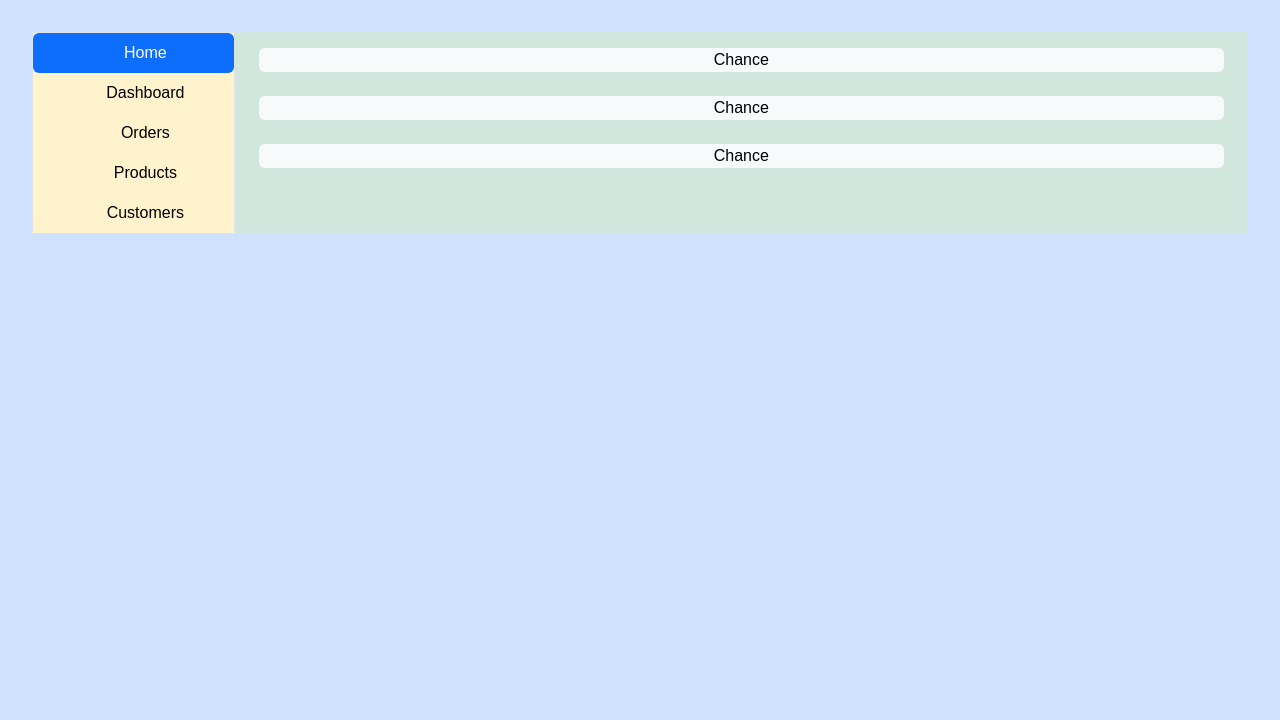
Repository: chancellor-w-whitaker/bec-tab
Page: /
An editor plug-in stored every save of this project. The page is shown before and after the next save, followed by the edit.
The browser window is 1280 px wide. The pictures show the whole page.
Some web fonts or font styles are not loaded; a fallback is used. The project was rebuilt for these pictures with package versions that can differ from the ones it lists, and the page was loaded fresh each time. Also part of the build but not shown: vite.config.js.

Above is the page before, as saved 2024-01-07 01:01:26.

After the next save:
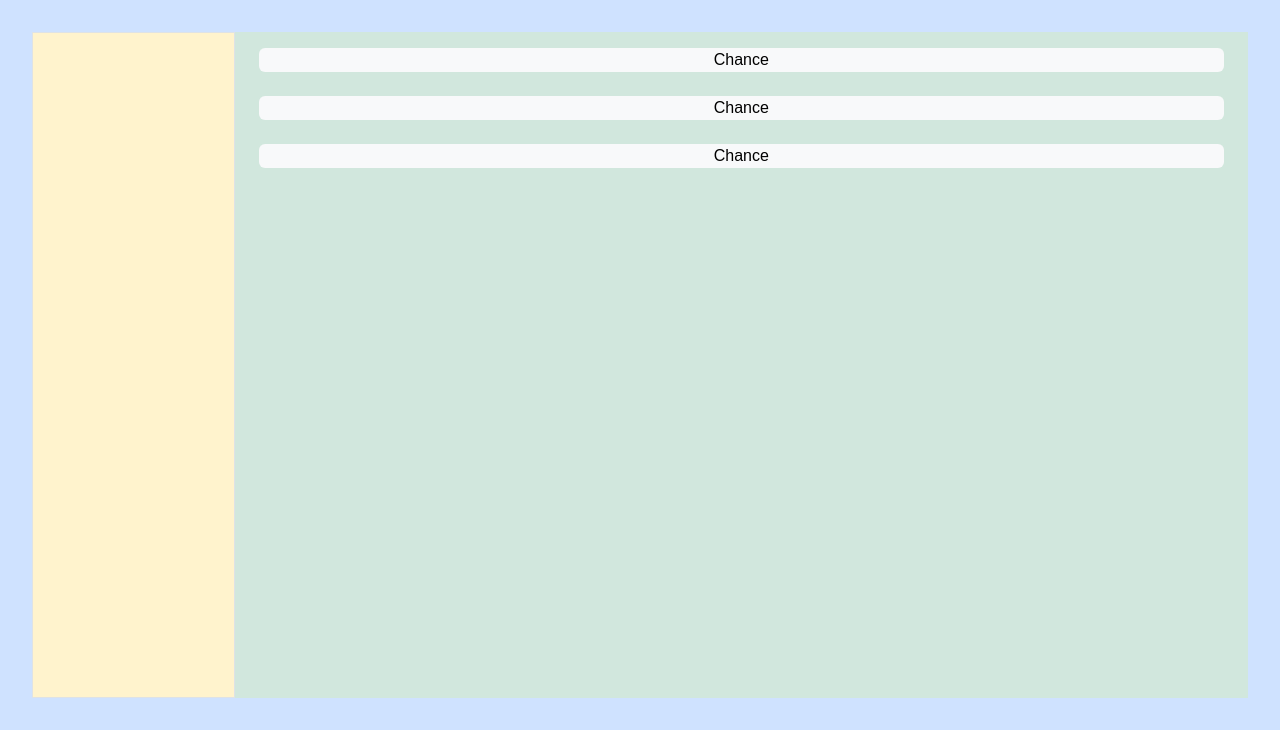
Saved 4 s later.
--- a/src/App.jsx
+++ b/src/App.jsx
@@ -70,45 +70,37 @@ const App = () => {
     <div className="container-fluid">
       <div className="row">
         <div className="sidebar border border-right col-md-3 col-lg-2 p-0 bg-warning-subtle">
-          <ul className="nav nav-pills flex-column mb-auto">
+          <ul className="nav flex-column mb-auto">
             <li className="nav-item">
-              <a className="nav-link active" aria-current="page" href="#">
-                <svg className="bi pe-none me-2" height={16} width={16}>
-                  <use xlinkHref="#home" />
+              <a className="nav-link d-flex align-items-center gap-2" href="#">
+                <svg className="bi">
+                  <use xlinkHref="#file-earmark-text" />
                 </svg>
-                Home
+                Current month
               </a>
             </li>
-            <li>
-              <a className="nav-link link-body-emphasis" href="#">
-                <svg className="bi pe-none me-2" height={16} width={16}>
-                  <use xlinkHref="#speedometer2" />
+            <li className="nav-item">
+              <a className="nav-link d-flex align-items-center gap-2" href="#">
+                <svg className="bi">
+                  <use xlinkHref="#file-earmark-text" />
                 </svg>
-                Dashboard
+                Last quarter
               </a>
             </li>
-            <li>
-              <a className="nav-link link-body-emphasis" href="#">
-                <svg className="bi pe-none me-2" height={16} width={16}>
-                  <use xlinkHref="#table" />
+            <li className="nav-item">
+              <a className="nav-link d-flex align-items-center gap-2" href="#">
+                <svg className="bi">
+                  <use xlinkHref="#file-earmark-text" />
                 </svg>
-                Orders
+                Social engagement
               </a>
             </li>
-            <li>
-              <a className="nav-link link-body-emphasis" href="#">
-                <svg className="bi pe-none me-2" height={16} width={16}>
-                  <use xlinkHref="#grid" />
+            <li className="nav-item">
+              <a className="nav-link d-flex align-items-center gap-2" href="#">
+                <svg className="bi">
+                  <use xlinkHref="#file-earmark-text" />
                 </svg>
-                Products
-              </a>
-            </li>
-            <li>
-              <a className="nav-link link-body-emphasis" href="#">
-                <svg className="bi pe-none me-2" height={16} width={16}>
-                  <use xlinkHref="#people-circle" />
-                </svg>
-                Customers
+                Year-end sale
               </a>
             </li>
           </ul>
